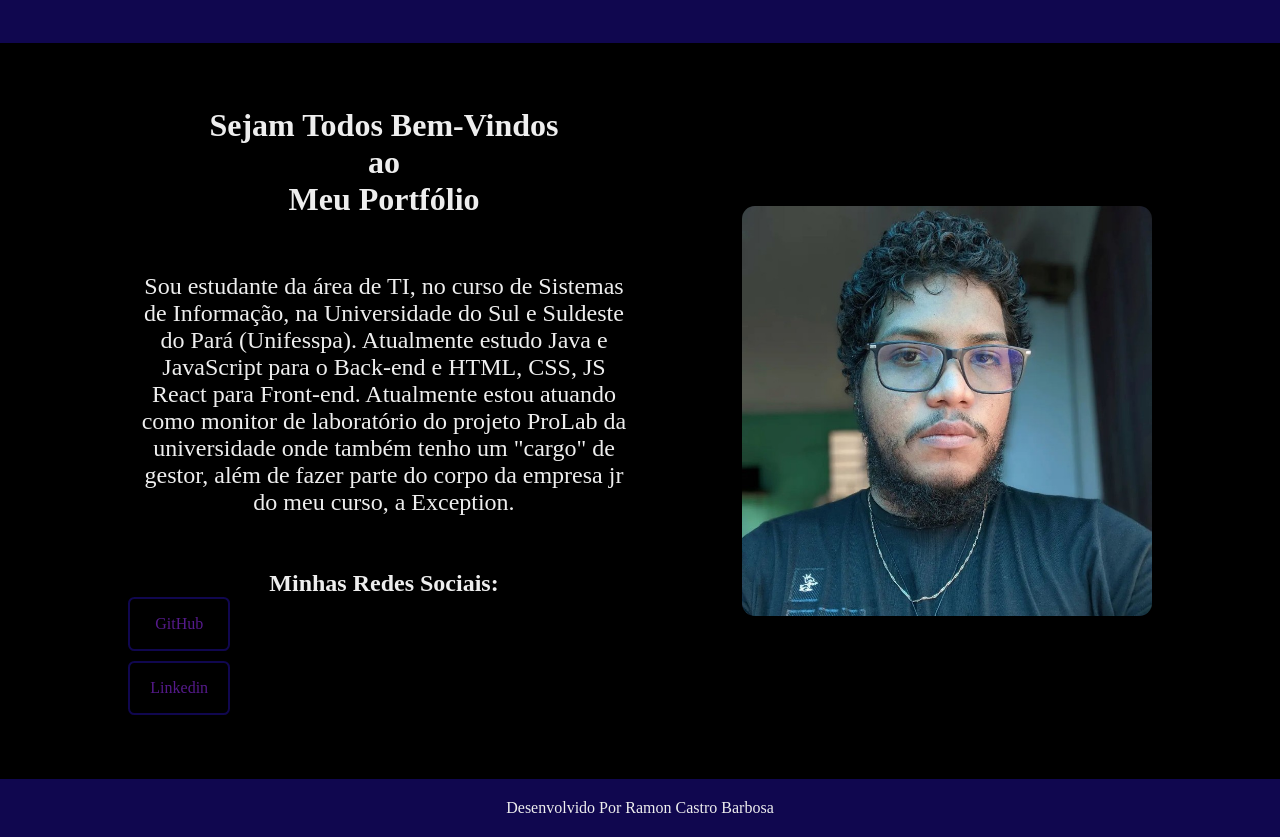
Repository: ramoncbarbosa/Web1_Atividade2
Page: index.html
These files come from the project's save history. The page is drawn as it stood at one moment and after the next save; the edit follows.
The browser window is 1280 px wide. The pictures show the whole page.

Above is the page before, as saved 2023-06-10 16:41:32.

### index.html
<!DOCTYPE html>
<html lang="en-US">
<head>
    <meta charset="UTF-8">
    <meta name="viewport" content="width=device-width, initial-scale=1.0">
    <link rel="stylesheet" href="./styles/styles.css">
    <title>Portfólio</title>
</head>
<body>
    <header class="cabecalho">
        <nav>
           <a href=""></a>
           <a href=""></a>
        </nav>
    </header>
    <section></section>
    <main class="principal">
        <section class="principal__principal">
            <h1 class="principal__titulo"><strong>Sejam Todos Bem-Vindos<br> ao<br> Meu Portfólio</strong></h1>
            <p class="principal__texto">
                Sou estudante da área de TI, no curso de Sistemas de Informação, na Universidade do Sul e Suldeste do Pará (Unifesspa). Atualmente estudo Java e JavaScript para o Back-end e HTML, CSS, JS React para Front-end.
                    Atualmente estou atuando como monitor de laboratório do projeto ProLab da universidade onde também tenho um "cargo" de gestor, além de fazer parte do corpo da empresa jr do meu curso, a Exception.
            </p>
            <div class="princiapl__links">
                <h2 class="secundario__titulo">Minhas Redes Sociais:</h2>
                <a target="_blank" id="github" href=""><img src="" alt="">GitHub</a>
                <a target="_blank" id="linkedin" href=""><img src="" alt="">Linkedin</a>
            </div>
        </section>
            <img class="imagem" src="./img/perfil.jpg" alt="">
    </main>
    <footer class="rodape">
        <p class="rodape__rodape">Desenvolvido Por Ramon Castro Barbosa</p>
    </footer>
</body>
</html>

### styles/styles.css
*{
    padding: 0;
    margin: 0;
    box-sizing: border-box;
    text-decoration: none;
    gap: 0;
}

:root{
    --cor-um: #10074f;
    --cor-dois: #EEEEEE;
    --cor-tres: #000000;
}

body{
    width: 100%;
    height: 80vh;
    box-sizing: border-box;
    background-color: var(--cor-tres);
    color: var(--cor-dois);
}

.cabecalho{
    width: 100%;
    height: 6vh;
    padding: 2% 0 0 10%;
    gap: 5rem;
    display: flex;
    background-color: var(--cor-um);
}

.principal{
    justify-content: space-between;
    display: flex;
    align-items: center;
    padding: 5% 10%;

}

.principal__principal{
    width: 50%;
    display: flex;
    flex-direction: column;
    gap: 1.8rem;
    text-align: center;
}

.principal__titulo{
    text-align: center;
    justify-content: center;
    font-size: 32px;
}

.principal__texto{
    display: flex;
    align-items: center;
    flex-wrap: wrap;
    justify-content: space-around;
    padding: 5% 2%;
    font-size: 24px;
}

.principal__links{
    display: flex;
    flex-direction: row;
    justify-content: center;
    align-items: center;
    padding: 0;
    text-align: center;
}


#github{
    display: flex;
    align-items: center;
    justify-content: center;
    text-align: center;
    border: 2px solid var(--cor-um);
    border-radius: 0.4rem;
    width: 20%;
    text-decoration: none;
    padding: 1rem 0;
    margin-bottom: 2%;
}

#linkedin{
    display: flex;
    align-items: center;
    justify-content: center;
    text-align: center;
    border: 2px solid var(--cor-um);
    border-radius: 0.4rem;
    width: 20%;
    text-decoration: none;
    padding: 1rem 0;
}

.imagem{
    width: 40%;
    display: flex;
    justify-content: center;
    border-radius: 0.8rem;
}

.rodape{
    width: 100%;
    height: 8vh;
    display: flex;
    align-items: center;
    flex-wrap: wrap;
    justify-content: space-around;

    background-color: var(--cor-um);
}

.rodape__rodape{
    text-align: center;
    padding: 1.5%;
}

After the next save:
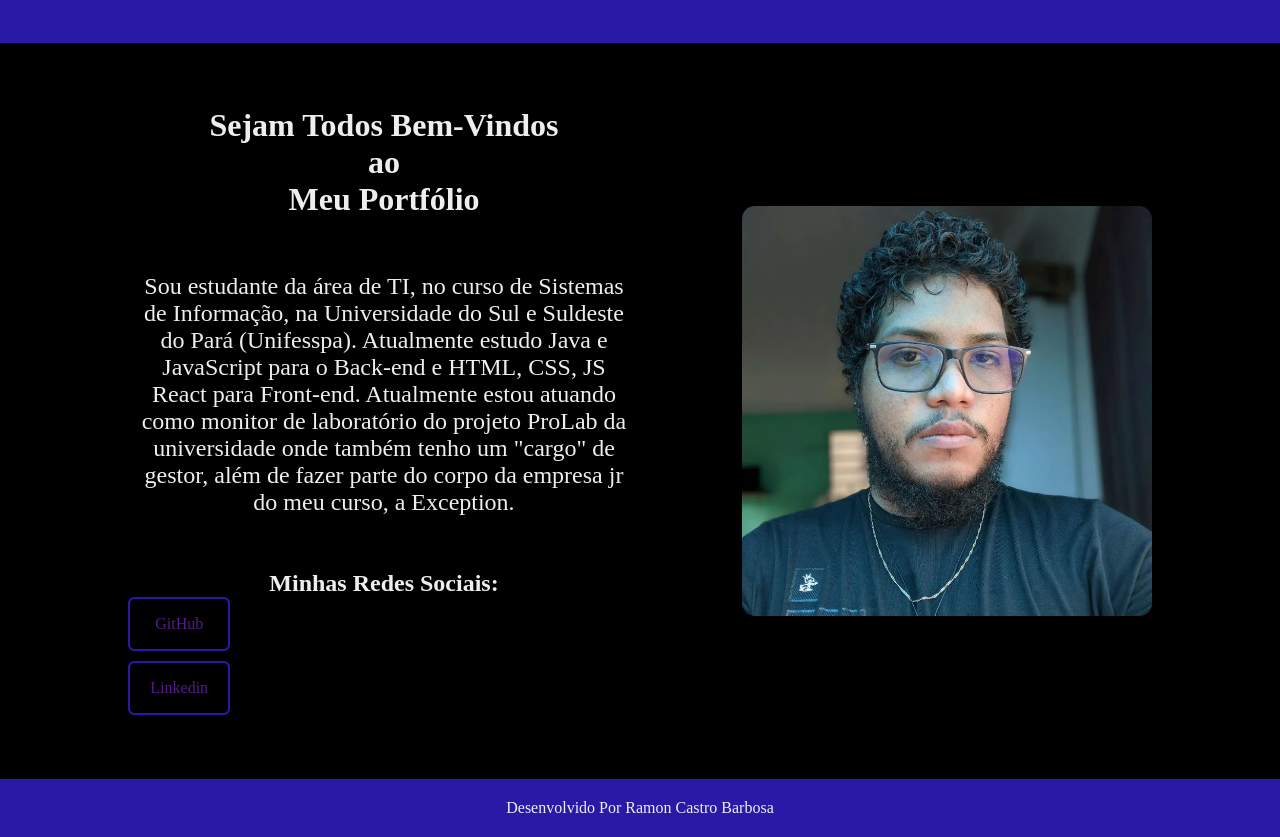
Saved 7 s later.
--- a/styles/styles.css
+++ b/styles/styles.css
@@ -7,7 +7,7 @@
 }
 
 :root{
-    --cor-um: #10074f;
+    --cor-um: #2a19a6;
     --cor-dois: #EEEEEE;
     --cor-tres: #000000;
 }
